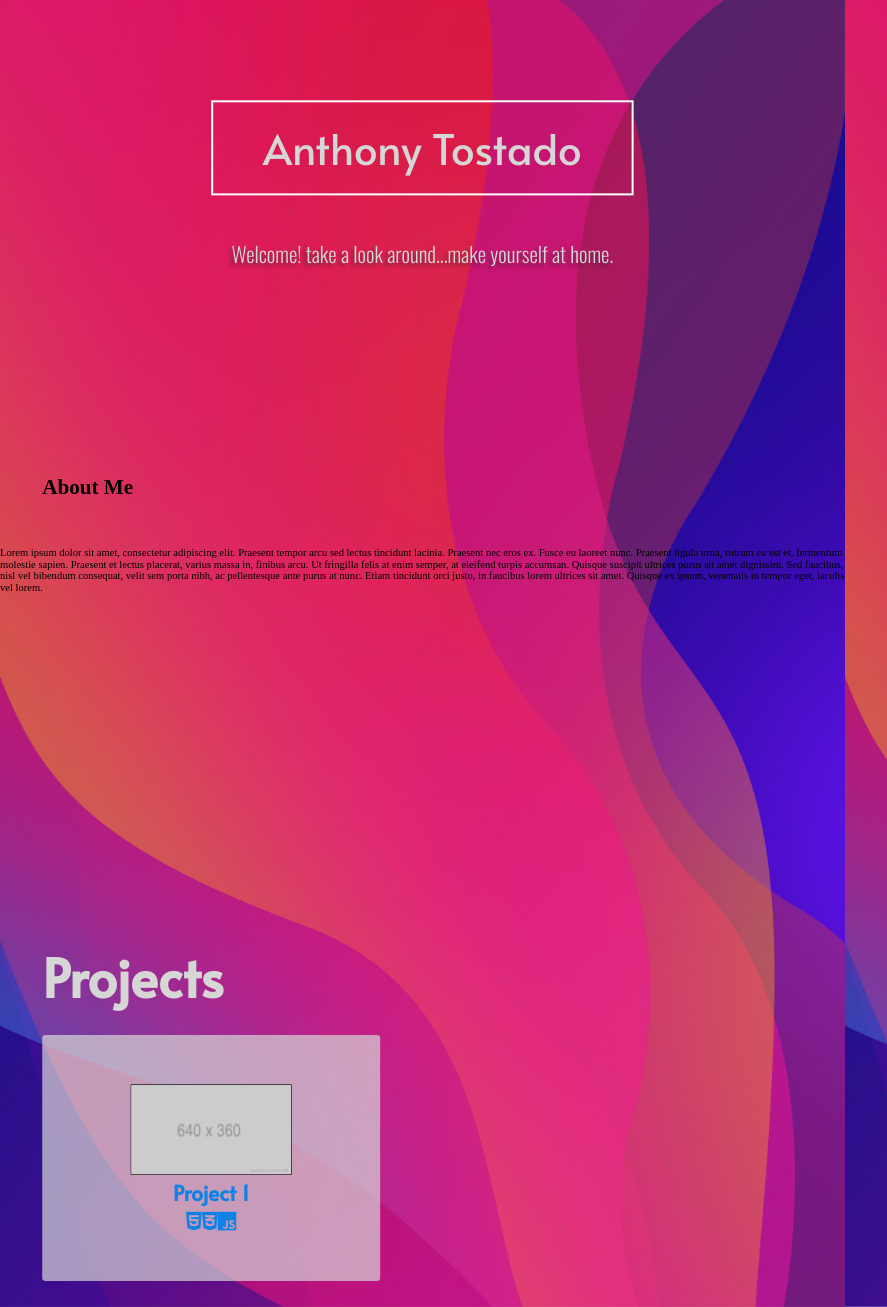
Repository: sloppytony/newport
Page: / (app in portfolio/)
An editor plug-in stored every save of this project. The page is shown before and after the next save, followed by the edit.
The browser window is 1280 px wide. The page is 1344 px wide, so the pictures cover 1344 px, including what lies to the right of the window. The pictures show the whole page, at 66% of full size.
Backgrounds fixed to the window are drawn as part of the page. Some web libraries are served in a nearby version. The project was rebuilt for these pictures with package versions that can differ from the ones it lists, and the page was loaded fresh each time.

Above is the page before, as saved 2020-08-23 14:16:22.

### portfolio/public/index.html
<!DOCTYPE html>
<html lang="en">
  <head>
    <meta charset="utf-8" />
    <link rel="icon" href="%PUBLIC_URL%/favicon.ico" />
    <meta name="viewport" content="width=device-width, initial-scale=1" />
    <meta name="theme-color" content="#000000" />
    <meta
      name="description"
      content="Web site created using create-react-app"
    />
    <link rel="apple-touch-icon" href="%PUBLIC_URL%/logo192.png" />
    <!--
      manifest.json provides metadata used when your web app is installed on a
      user's mobile device or desktop. See https://developers.google.com/web/fundamentals/web-app-manifest/
    -->
    <link rel="manifest" href="%PUBLIC_URL%/manifest.json" />
    <!--
      Notice the use of %PUBLIC_URL% in the tags above.
      It will be replaced with the URL of the `public` folder during the build.
      Only files inside the `public` folder can be referenced from the HTML.

      Unlike "/favicon.ico" or "favicon.ico", "%PUBLIC_URL%/favicon.ico" will
      work correctly both with client-side routing and a non-root public URL.
      Learn how to configure a non-root public URL by running `npm run build`.
    -->
    <link
      href="https://fonts.googleapis.com/css2?family=Alata&family=Oswald:wght@300&display=swap"
      rel="stylesheet"
    />
    <script
      src="https://kit.fontawesome.com/9a01f23326.js"
      crossorigin="anonymous"
    ></script>
    <title>React App</title>
  </head>
  <body>
    <noscript>You need to enable JavaScript to run this app.</noscript>
    <div id="root"></div>
    <!--
      This HTML file is a template.
      If you open it directly in the browser, you will see an empty page.

      You can add webfonts, meta tags, or analytics to this file.
      The build step will place the bundled scripts into the <body> tag.

      To begin the development, run `npm start` or `yarn start`.
      To create a production bundle, use `npm run build` or `yarn build`.
    -->
  </body>
</html>

### portfolio/src/index.css
* {
  margin: 0;
  padding: 0;
  box-sizing: border-box;
}

body {
  background-image: url("./img/8_28_orig.png");
  background-size: cover;
  background-attachment: fixed;
}

### portfolio/src/App.js
import React from "react";

import "./App.css";

function App() {
  return (
    <body>
      <div className="everything">
        <div className="section1">
          <h1 className="mainTitle">Anthony Tostado</h1>
          <p className="mainPara">
            Welcome! take a look around...make yourself at home.
          </p>
          <h2 className="scroll">Scroll</h2>
        </div>
        <div className="section2">
          <h1 className="aboutTitle">About Me</h1>
          <p className="aboutPara">
            Lorem ipsum dolor sit amet, consectetur adipiscing elit. Praesent
            tempor arcu sed lectus tincidunt lacinia. Praesent nec eros ex.
            Fusce eu laoreet nunc. Praesent ligula urna, rutrum eu est et,
            fermentum molestie sapien. Praesent et lectus placerat, varius massa
            in, finibus arcu. Ut fringilla felis at enim semper, at eleifend
            turpis accumsan. Quisque suscipit ultrices purus sit amet dignissim.
            Sed faucibus, nisl vel bibendum consequat, velit sem porta nibh, ac
            pellentesque ante purus at nunc. Etiam tincidunt orci justo, in
            faucibus lorem ultrices sit amet. Quisque ex ipsum, venenatis in
            tempor eget, iaculis vel lorem.{" "}
          </p>
        </div>
        <div className="section3">
          <h1 className="projectTitle">Projects</h1>
          <div className="projectContent">
            <div className="card1">
              <img
                className="cardImage"
                src={require("../src/img/640x360.png")}
              ></img>
              <h1 className="cardTitle">Project 1</h1>
              <section className="icons">
                <i class="fab fa-html5 fa-2x"></i>
                <i class="fab fa-css3-alt fa-2x"></i>
                <i class="fab fa-js fa-2x"></i>
              </section>
            </div>
          </div>
        </div>
      </div>
    </body>
  );
}

export default App;

### portfolio/src/App.css
.image {
  width: 100%;
  height: 100%;
}

/*opening page*/
.section1 {
  height: 100vh;
  width: 100%;

  color: rgb(16, 130, 230);
  display: flex;
  justify-content: center;
  align-items: center;
  flex-direction: column;
}

.mainTitle {
  font-family: "Alata", sans-serif;
  font-weight: 100;
  font-size: 400%;
  display: flex;
  justify-content: center;
  align-items: center;
  text-align: center;
  color: rgb(214, 214, 214);

  animation: fadeIn 1.5s;
  border: 3px solid white;
  width: 50%;
  height: 20%;
}

.mainPara {
  font-family: "Oswald", sans-serif;
  font-size: 200%;
  display: flex;
  align-items: center;
  text-align: center;
  color: rgb(214, 214, 214);
  padding: 5%;
  text-shadow: -5px 5px 5px rgba(44, 44, 44, 0.5);
  animation: fadeIn 1.5s;
}

.scroll {
  font-family: "Oswald", sans-serif;
  font-size: 300%;
  padding-bottom: 2%;
  animation: pulse 2.5s infinite;
  color: rgb(214, 214, 214);
}
.everything {
  height: 200%;
}

/*about*/
.section2 {
  height: 75vh;
  width: 100%;
}

h1.aboutTitle {
  height: 20%;
  width: 100%;
  margin-left: 5%;
}

/*projects*/
.section3 {
  height: 100vh;
  width: 100%;

  color: rgb(16, 130, 230);
  display: flex;
  justify-content: center;
  align-items: center;
  flex-direction: column;
}

div.projectContent {
  width: 100%;
}

h1.projectTitle {
  height: 20vh;
  width: 100%;
  margin-left: 10%;
  font-size: 500%;
  font-family: "Alata", sans-serif;
  color: rgb(214, 214, 214);
}

div.card1 {
  height: 150%;
  width: 40%;
  display: flex;
  justify-content: center;
  align-items: center;
  flex-direction: column;
  background: rgb(214, 214, 214, 0.7);
  border-radius: 5px 5px 5px;
  margin-left: 5%;
  padding: 1%;
}

.cardImage {
  width: 50%;
  border: 1px solid black;
}

h1.cardTitle {
  margin: 1%;
  font-size: 300;
  font-family: "Alata", sans-serif;
}

@keyframes fadeIn {
  from {
    opacity: 0;
  }
  to {
    opacity: 1;
  }
}

@keyframes pulse {
  0% {
    opacity: 0;
  }

  50% {
    opacity: 1;
  }
  100% {
    opacity: 0;
  }
}

Loaded but not shown: portfolio/src/index.js (common file); portfolio/src/serviceWorker.js (common file)

After the next save:
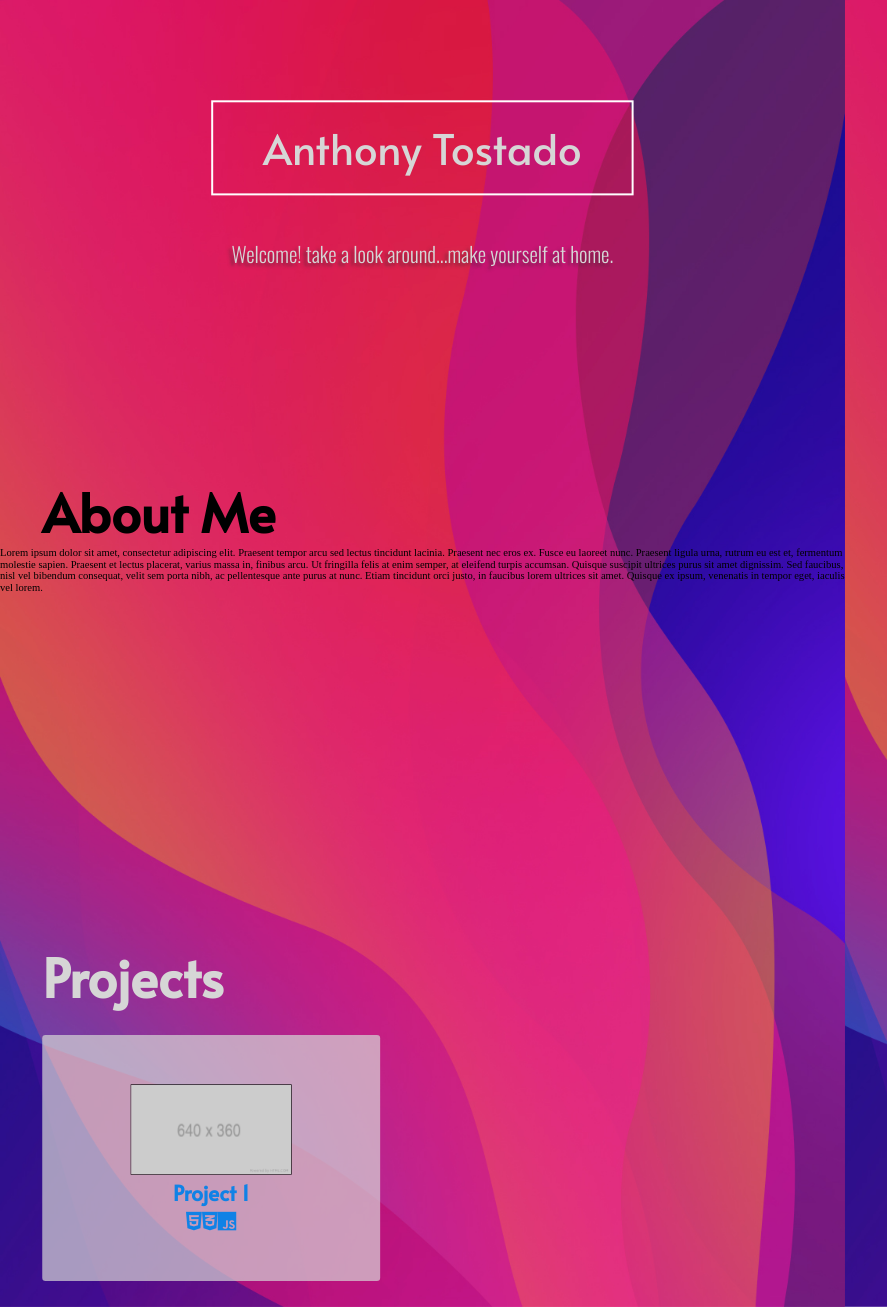
Saved 33 s later.
--- a/portfolio/src/App.css
+++ b/portfolio/src/App.css
@@ -64,6 +64,8 @@ h1.aboutTitle {
   height: 20%;
   width: 100%;
   margin-left: 5%;
+  font-family: "Alata", sans-serif;
+  font-size: 500%;
 }
 
 /*projects*/
